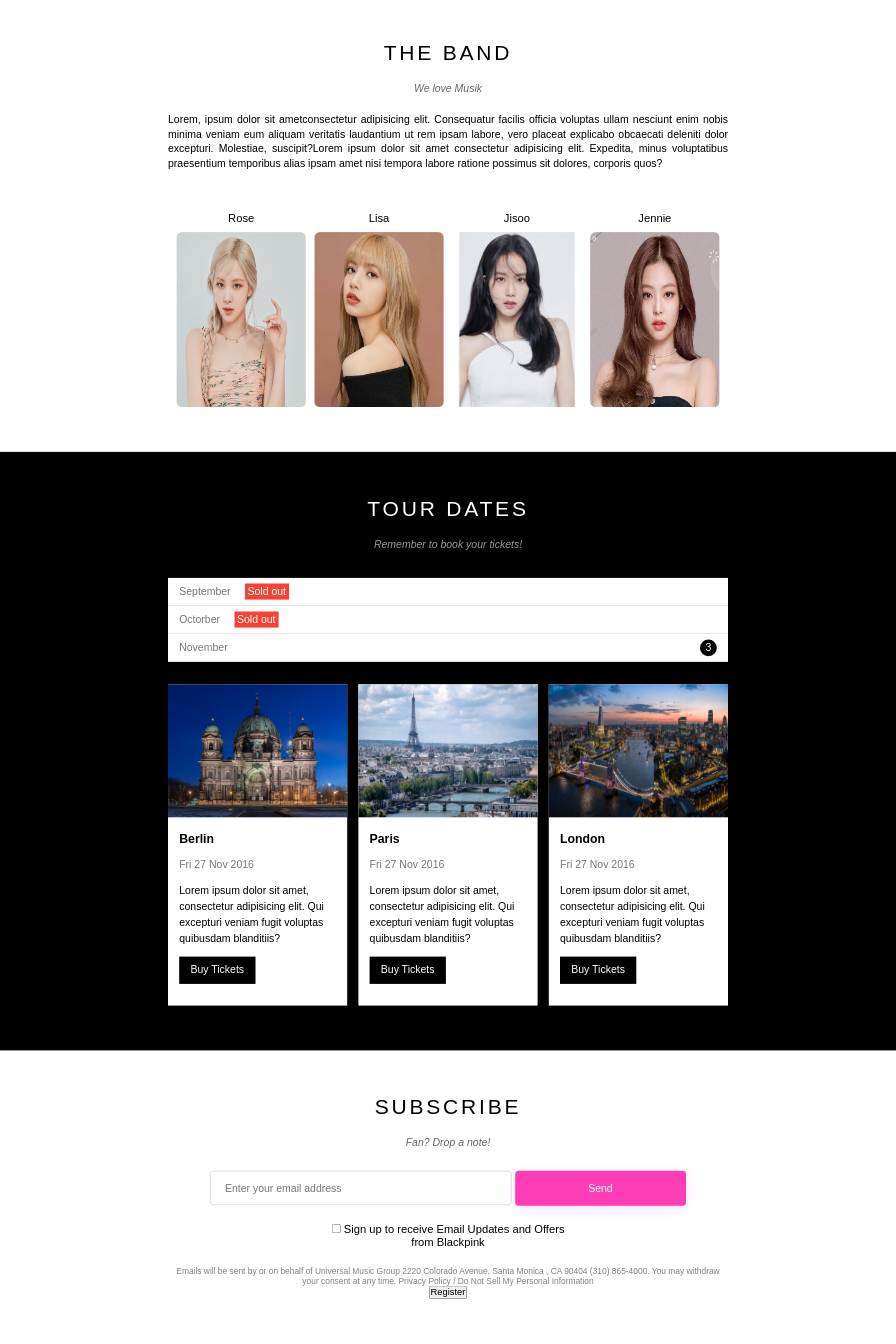
Repository: AiTrinh303/First-Project
Page: /
These files come from the project's save history. The page is drawn as it stood at one moment and after the next save; the edit follows.
The browser window is 1280 px wide. The pictures show the part of the page from y = 691 to 2611 px (the page is 2611 px tall), at 70% of full size.
The project was rebuilt for these pictures with package versions that can differ from the ones it lists, and the page was loaded fresh each time.

Above is the page before, as saved 2024-01-23 10:25:18.

### index.html
<!DOCTYPE html>
<html lang="en">
<head>
    <meta charset="UTF-8">
    <meta name="viewport" content="width=device-width, initial-scale=1.0">
    <title>Singer Website</title>
    <link rel="stylesheet" href="./fonts/themify-icons-font/themify-icons/themify-icons.css">
    <link rel="stylesheet" href="./src/styles/main.css">
</head>
<body>
   <div id="main">

        <div id="header">
            <ul id="nav">
                <li><a href="">Home</a></li>
                <li><a href="">Band</a></li>
                <li><a href="">Tour</a></li>
                <li><a href="">Contact</a></li>
                <li>
                    <a href="#">
                        More
                        <i class="nav-arrown-down ti-angle-down"></i>
                     </a>
                    <ul class="subnav">
                        <li><a href="">Merchandise</a></li>
                        <li><a href="">Extras</a></li>
                        <li><a href="">Media</a></li>
                    </ul>
                </li>
            </ul>

            <div class="search-btn">
                <i class="search-icon ti-search"></i>

            </div>
        </div>

        <div id="slider">

            <div class="text-content">
                <h2 class="text-heading">Black Pink</h2>
                <p class="text-description">Lorem ipsum dolor, sit amet consectetur adipisicing elit. Harum, nemo!</p>
            </div>

        </div>

        <div id="content">
            <!-- About Section -->
            <div class="content-section">
                <h2 class="section-heading">THE BAND</h2>
                <p class="section-sub-heading">We love Musik</p>
                <p class="about-text">Lorem, ipsum dolor sit ametconsectetur adipisicing elit. Consequatur facilis officia voluptas ullam nesciunt enim nobis minima veniam eum aliquam veritatis laudantium ut rem ipsam labore, vero placeat explicabo obcaecati deleniti dolor excepturi. Molestiae, suscipit?Lorem ipsum dolor sit amet consectetur adipisicing elit. Expedita, minus voluptatibus praesentium temporibus alias ipsam amet nisi tempora labore ratione possimus sit dolores, corporis quos?</p>

                <div class="members-list">
                    <div class="member-item">
                        <p class="member-name">Rose</p>
                        <img src="./src/img/rose.png " alt="Rose" class="member-img" >
                    </div>

                    <div class="member-item">
                        <p class="member-name">Lisa</p>
                        <img src="./src/img/Lisa2.jpg" alt="Lisa" class="member-img" >
                    </div>

                    <div class="member-item">
                        <p class="member-name">Jisoo</p>
                        <img src="./src/img/jisoo.jpeg" alt="Jisoo" class="member-img" >
                    </div>

                    <div class="member-item">
                        <p class="member-name">Jennie</p>
                        <img src="./src/img/Jennie.jpg" alt="Jennie" class="member-img" >
                    </div>
                </div>
            </div>

            <!-- Tour Section -->
            <div class="tour-section">

                <div class="content-section">
                    <h2 class="section-heading text-white">TOUR DATES</h2>
                    <p class="section-sub-heading text-white">Remember to book your tickets!</p>

                    <ul class="tickets-list">
                        <li>September <span class="sold-out">Sold out</span></li>
                        <li>Octorber <span class="sold-out">Sold out</span></li>
                        <li>November <span class="quantity">3</span></li>
                    </ul>

                    <div class="places-list">
                        <div class="place-item">
                            <img src="./src/img/Berlin.jpg" alt="Berlin" class="place-img" >
                            <div class="place-body">
                                <h3 class="place-heading">Berlin</h3>
                                <p class="place-time">Fri 27 Nov 2016</p>
                                <p class="place-desc">Lorem ipsum dolor sit amet, consectetur adipisicing elit. Qui excepturi veniam fugit voluptas quibusdam blanditiis?</p>
                                <a href="#" class="place-btn">Buy Tickets</a>
                            </div>
                        </div>

                        <div class="place-item">
                            <img src="./src/img/Paris.jpg" alt="Paris" class="place-img" >
                            <div class="place-body">
                                <h3 class="place-heading">Paris</h3>
                                <p class="place-time">Fri 27 Nov 2016</p>
                                <p class="place-desc">Lorem ipsum dolor sit amet, consectetur adipisicing elit. Qui excepturi veniam fugit voluptas quibusdam blanditiis?</p>
                                <a href="#" class="place-btn">Buy Tickets</a>
                            </div>
                        </div>

                        <div class="place-item">
                            <img src="./src/img/London.jpeg" alt="London" class="place-img">
                            <div class="place-body">
                                <h3 class="place-heading">London</h3>
                                <p class="place-time">Fri 27 Nov 2016</p>
                                <p class="place-desc">Lorem ipsum dolor sit amet, consectetur adipisicing elit. Qui excepturi veniam fugit voluptas quibusdam blanditiis?</p>
                                <a href="#" class="place-btn">Buy Tickets</a>
                            </div>
                        </div>
                    </div>
                </div>

            </div>

            <!-- Contact Section -->
            <!-- Contact -->
            <div id="contact">
                <div class="content-section">
                    <h2 class="section-heading">SUBSCRIBE</h2>
                    <p class="section-sub-heading">Fan? Drop a note!</p>
                    <div class="form-wrap">

                        <div class="form">
                            <input type="email" class="form__email" placeholder="Enter your email address" />
                            <button class="form__button">Send</button>
                        </div>
                        <div class="notice">
                            <input type="checkbox">
                            <span class="notice__copy">Sign up to receive Email Updates and Offers from Blackpink</span>
                        </div>
                        <p class="form-notice">Emails will be sent by or on behalf of Universal Music Group 2220 Colorado Avenue, Santa Monica , CA 90404 (310) 865-4000. You may withdraw your consent at any time. Privacy Policy / Do Not Sell My Personal Information</p>

                        <button class="form-btn">Register</button>
                    </div>
                </div>
            </div>






        <div id="footer">

        </div>

   </div>
</body>
</html>

### src/styles/main.css
* {
  padding: 0;
  margin: 0;
  box-sizing: border-box;
}

html {
  scroll-behavior: smooth;
  font-family: Arial, Helvetica, sans-serif;
}

.text-white {
  color: white;
}

#header {
  height: 46px;
  background-color: #000;
  position: fixed;
  top: 0;
  left: 0;
  right: 0;
  z-index: 1;
}

#nav {
  display: inline-block;
}

#nav, .subnav {
  list-style: none;
}

#nav > li {
  display: inline-block;
}

#nav li {
  position: relative;
}

#nav > li > a {
  color: #fff;
  text-transform: uppercase;
}

#nav li a {
  color: #fff;
  text-decoration: none;
  line-height: 46px;
  padding: 0 24px;
  display: block;
}

#nav li:hover .subnav {
  display: block;
}

#nav > li:hover > a,
#nav .subnav li:hover a {
  color: #000;
  background-color: #ccc;
}

#nav .subnav {
  display: none;
  min-width: 160px;
  position: absolute;
  background-color: #fff;
  box-shadow: 0 0 10px rgba(0, 0, 0, 0.3);
  top: 100%;
  left: 0;
}

#nav .nav-arrown-down {
  font-size: 14px;
}

#nav .subnav a {
  color: #000;
  padding: 0 12px;
  line-height: 38px;
}

#header .search-btn {
  float: right;
  padding: 0 21px;
}

#header .search-btn:hover {
  background-color: #f44336;
  cursor: pointer;
}

#header .search-icon {
  color: #fff;
  font-size: 20px;
  line-height: 46px;
}

#slider {
  position: relative;
  margin-top: 46px;
  padding-top: 50%;
  background: url("../img/slider-1.jpg") center/100% no-repeat;
}

#slider .text-content {
  position: absolute;
  bottom: 47px;
  color: #fff;
  width: 100%;
  text-align: center;
}

#slider .text-heading {
  font-weight: 500;
  font-size: 24px;
}

#slider .text-decoration {
  font-size: 15px;
  margin-top: 25px;
}

#content .content-section {
  width: 800px;
  padding: 64px 0;
  margin-left: auto;
  margin-right: auto;
}

#content .section-heading {
  font-size: 30px;
  font-weight: 500;
  letter-spacing: 4px;
  text-align: center;
}

#content .section-sub-heading {
  font-size: 15px;
  margin-top: 25px;
  text-align: center;
  font-style: italic;
  opacity: 0.6;
}

#content .about-text {
  margin-top: 25px;
  font-size: 15px;
  text-align: justify;
  line-height: 1.4;
}

#content .member-item {
  display: flex;
  flex-direction: column;
  align-items: center;
}

#content .member-name {
  line-height: 2.5;
}

#content .members-list {
  margin-top: 48px;
  display: flex;
  justify-content: space-evenly;
}

#content .member-img {
  width: 185px;
  min-height: 250px;
  border-radius: 8px;
}

.tour-section {
  background: #000;
}

.tickets-list {
  background-color: #fff;
  margin-top: 40px;
}

.tickets-list li {
  font-size: 15px;
  color: #757575;
  padding: 11px 16px;
  border-bottom: 1px solid #ddd;
  list-style-type: none;
}

.tickets-list .sold-out {
  background-color: #f44336;
  color: #fff;
  padding: 3px 4px;
  margin-left: 16px;
}

.tickets-list .quantity {
  float: right;
  width: 24px;
  height: 24px;
  background-color: #000;
  color: #fff;
  border-radius: 50%;
  text-align: center;
  line-height: 24px;
  margin-top: -3px;
}

.places-list {
  display: flex;
  gap: 16px;
  justify-content: space-between;
  margin-top: 32px;
}

.places-list .place-item {
  background-color: #fff;
}

.places-list .place-img {
  width: 100%;
  height: 190px;
}

.places-list .place-img:hover {
  opacity: 0.6;
  cursor: pointer;
}

.places-list .place-body {
  padding: 15px 16px;
  min-height: 205px;
  font-size: 15px;
  line-height: 22.5px;
}

.place-body .place-heading {
  font-weight: 700;
}

.place-body .place-time {
  margin: 15px 0;
  color: #757575;
}

.place-body .place-btn {
  align-items: flex-start;
  background-color: #000;
  display: inline-block;
  font-size: 15px;
  line-height: 22.5px;
  margin: 15px 0px 16px 0px;
  padding: 8px 16px;
  text-align: center;
  color: #fff;
  text-decoration: none;
}

.place-body .place-btn:hover {
  color: #000;
  background-color: #ccc;
}


/* contact form */

.form-wrap{

  margin-top: 32px;
  text-align: center;
  display: flex;
  flex-direction: column;
  align-items: center;

}
.form {
margin-bottom: 25px;
}

.form__email {
padding: 15px 20px;
border-radius: 5px;
border: 1px solid #CAD3DB;
width: 431px;
font-size: 15px;
color: #0F121F;
}

.form__email:focus {
outline: 1px solid #ff3db5;
}

.form__button {
background: #ff3db5;
padding: 5px;
border: none;
width: 244px;
height: 50px;
border-radius: 5px;
font-size: 15px;
color: white;
box-shadow: 0 4px 20px rgba(254, 216, 255, 0.7);
}

.form__button:hover {
box-shadow: 0 10px 20px rgba(254, 216, 255, 0.7);
}

.notice {
width: 345px;
}

.form-notice{
  font-size: 12px;
  margin-top: 25px;
  color: grey;
}

.form-btn{
  width:
}


#footer{

}

Loaded but not shown: fonts/themify-icons-font/themify-icons/themify-icons.css (common file)

After the next save:
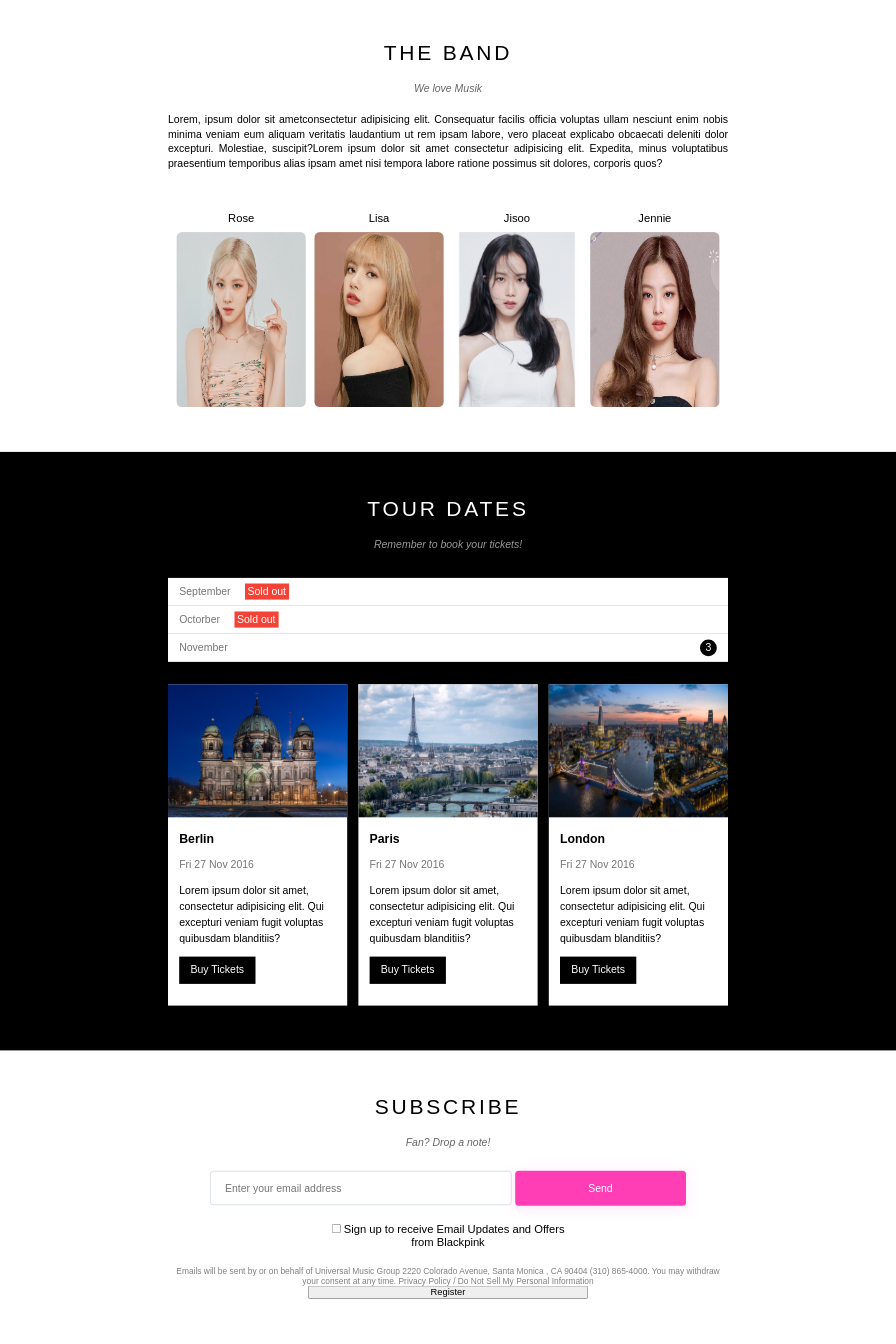
Saved 4 s later.
--- a/src/styles/main.css
+++ b/src/styles/main.css
@@ -321,7 +321,7 @@
 }
 
 .form-btn{
-  width:
+  width: 400px
 }
 
 

After the save that followed:
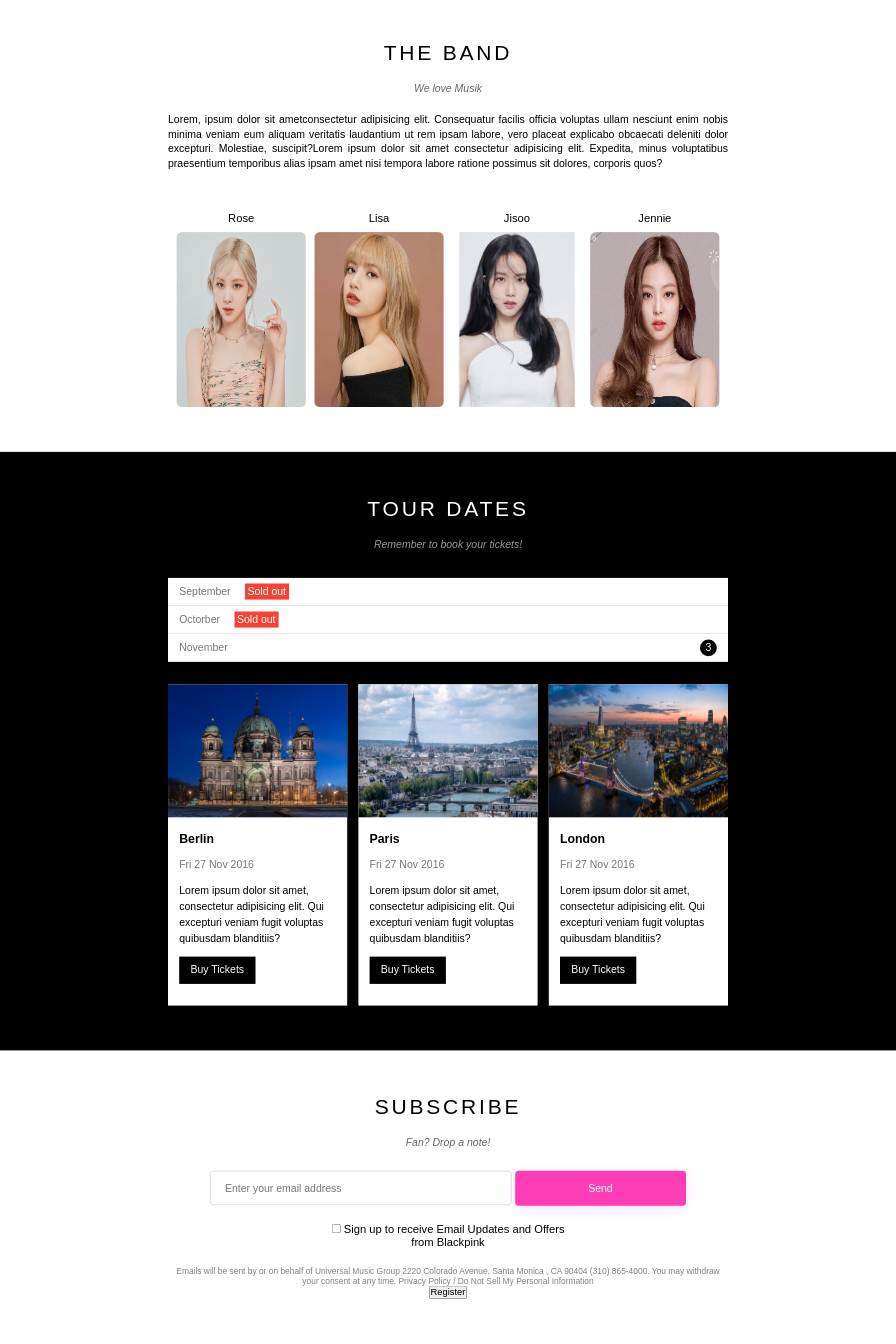
Saved 6 s later.
--- a/src/styles/main.css
+++ b/src/styles/main.css
@@ -321,7 +321,7 @@
 }
 
 .form-btn{
-  width: 400px
+  width: 400p
 }
 
 
